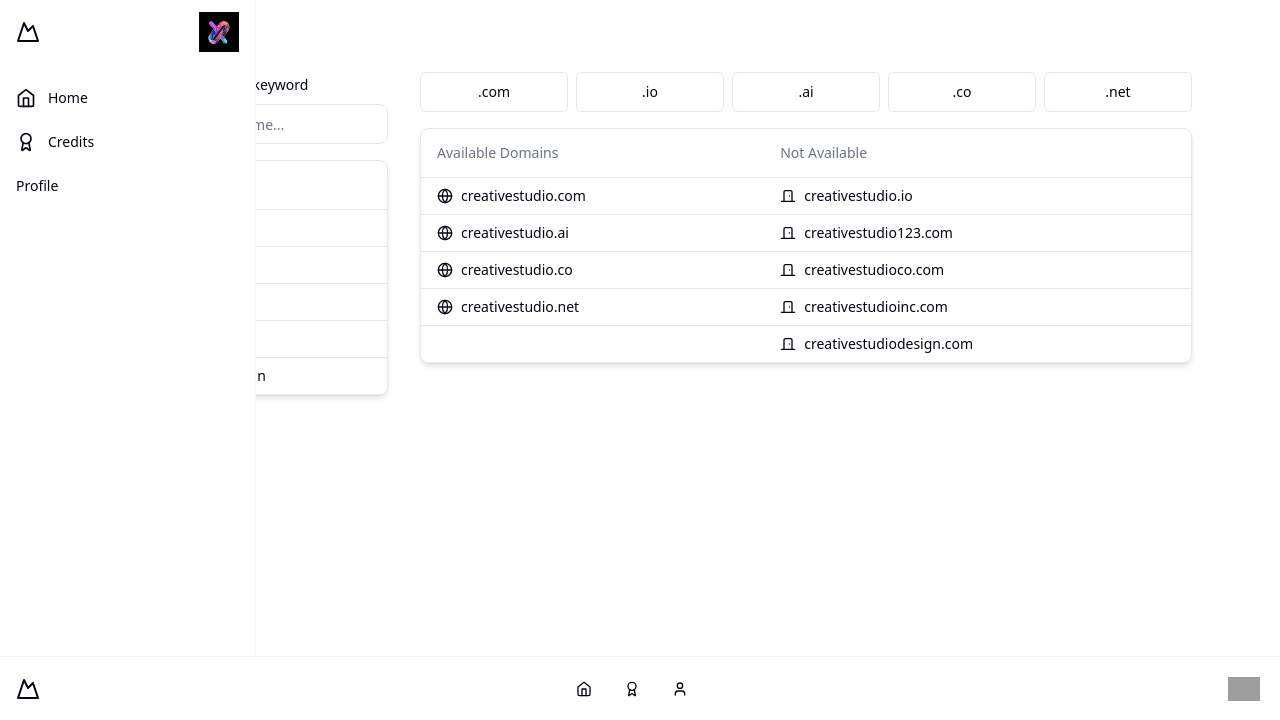
Repository: EliDorf/nyme
Page: /
The author's editor kept a copy of each file at every save. The page is drawn from the files as they stood at one save, then again after the next save.
The browser window is 1280 px wide. The pictures show the whole page.
Pictures or frames that could not be fetched are drawn as grey boxes. The page's requests for data from a server got no answer. The project was rebuilt for these pictures with package versions that can differ from the ones it lists, and the page was loaded fresh each time. Some packages were replaced by stand-ins written for this rebuild. The framework's server and built-in components were replaced by stand-ins that run in the browser. No one was signed in, and anything a server would have sent is missing. Also part of the build but not shown: next.config.mjs, lib/utils.ts.

Above is the page before, as saved 2024-07-25 19:48:54.

After the next save:
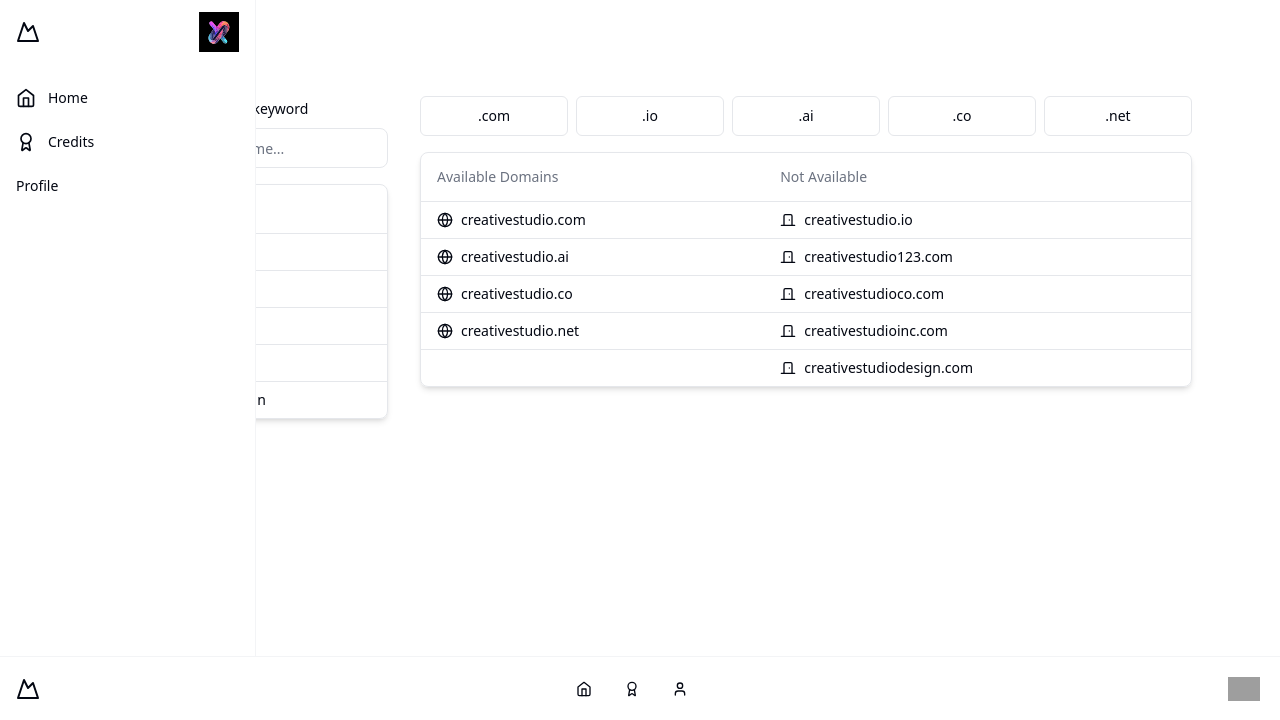
Saved 2 min 45 s later.
--- a/app/(root)/layout.tsx
+++ b/app/(root)/layout.tsx
@@ -7,7 +7,7 @@
   return (
     <main className="root">
       <Sidebar />
-      <MobileNav />
+      // <MobileNav />
         <div className='root-container'>
             <div className='wrapper'>
               <Dashboard/>

After the 2 saves that followed:
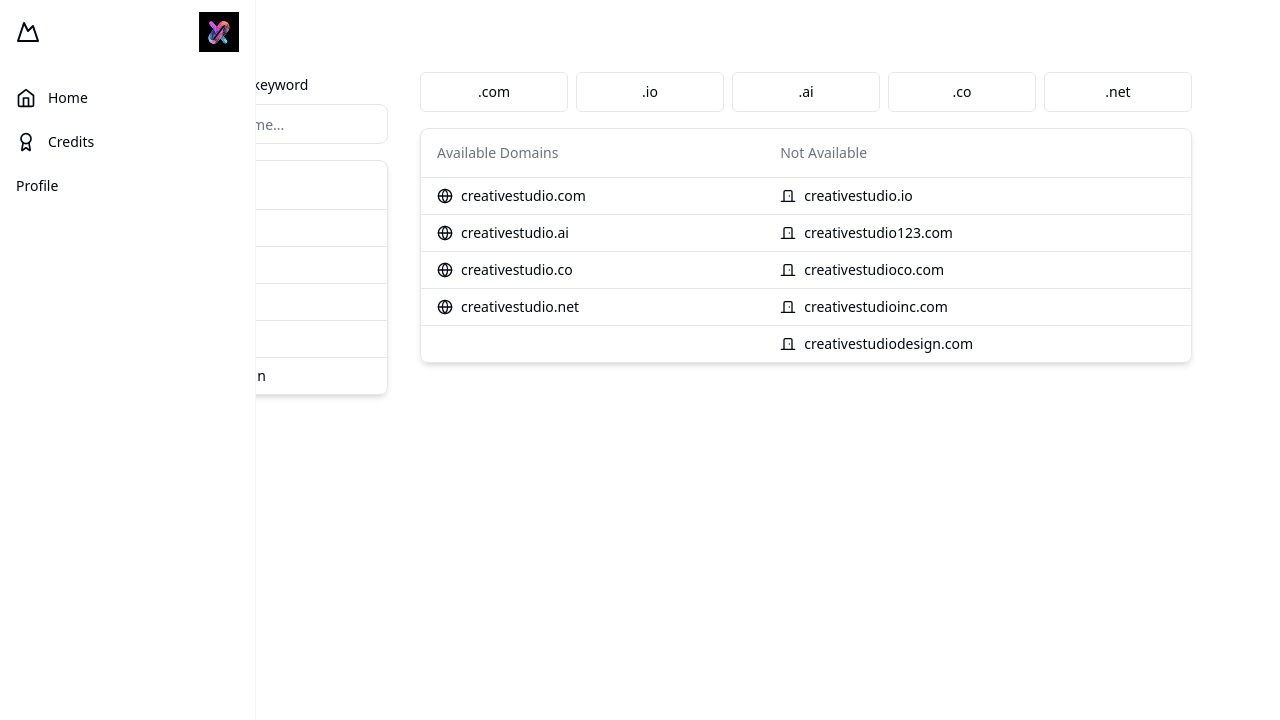
The 2 saves are shown as one change because 1 left the picture as it was.
The last was saved 25 s later.
--- a/app/(root)/layout.tsx
+++ b/app/(root)/layout.tsx
@@ -7,7 +7,6 @@
   return (
     <main className="root">
       <Sidebar />
-      // <MobileNav />
         <div className='root-container'>
             <div className='wrapper'>
               <Dashboard/>
